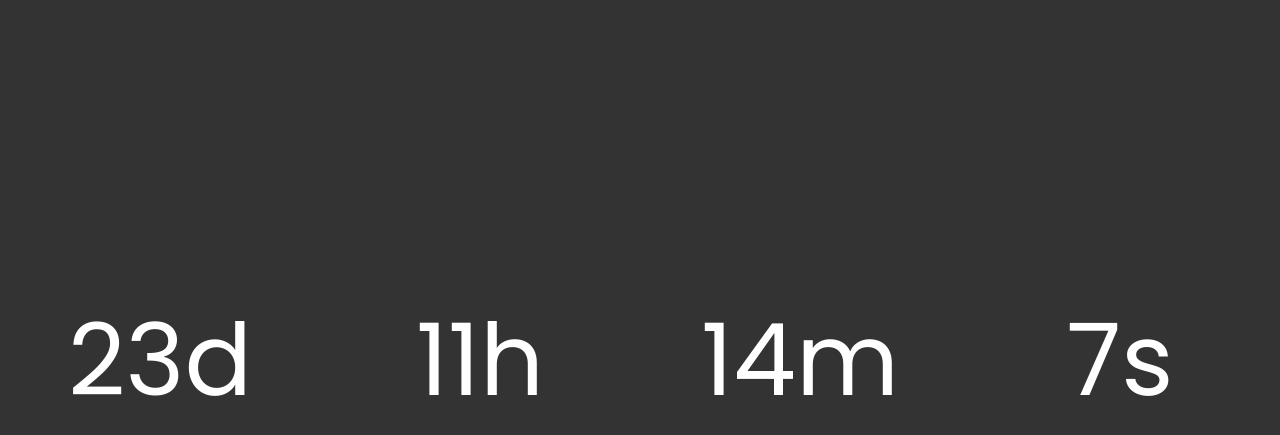
Repository: LeTanTru/All-Code
Page: Countdown/index.html
The author's editor kept a copy of each file at every save. The page is drawn from the files as they stood at one save, then again after a run of saves.
The browser window is 1280 px wide. The pictures show the whole page.

Above is the page before, as saved 2023-01-04 22:21:30.

After the next 3 saves:
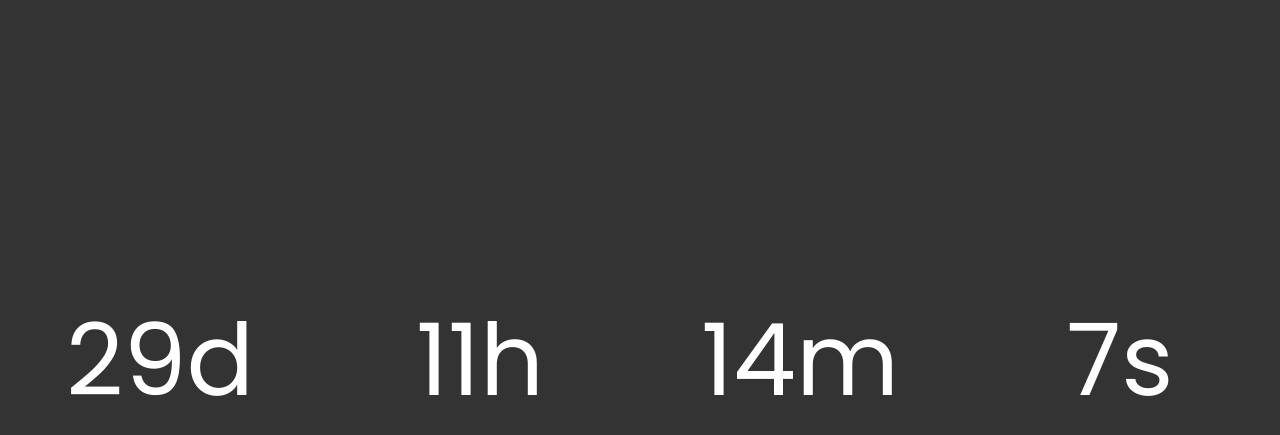
The 3 saves are shown as one change because they came seconds apart.
The last was saved 3 days later.
--- a/Countdown/countdown.js
+++ b/Countdown/countdown.js
@@ -4,7 +4,7 @@
 const secondsEle = document.querySelector(".seconds");
 
 const date = new Date();
-const dateEnd = new Date("1/22/2023");
+const dateEnd = new Date("1/28/2023");
 const difference = dateEnd.getTime() - date.getTime();
 const days = Math.floor(difference / (1000 * 86400));
 const hours = Math.floor(difference / (1000 * 3600) - days * 24);
@@ -21,7 +21,7 @@
 
 setInterval(() => {
   const date = new Date();
-  const dateEnd = new Date("1/22/2023");
+  const dateEnd = new Date("1/28/2023");
   const difference = dateEnd.getTime() - date.getTime();
   const days = Math.floor(difference / (1000 * 86400));
   const hours = Math.floor(difference / (1000 * 3600) - days * 24);

After the save that followed:
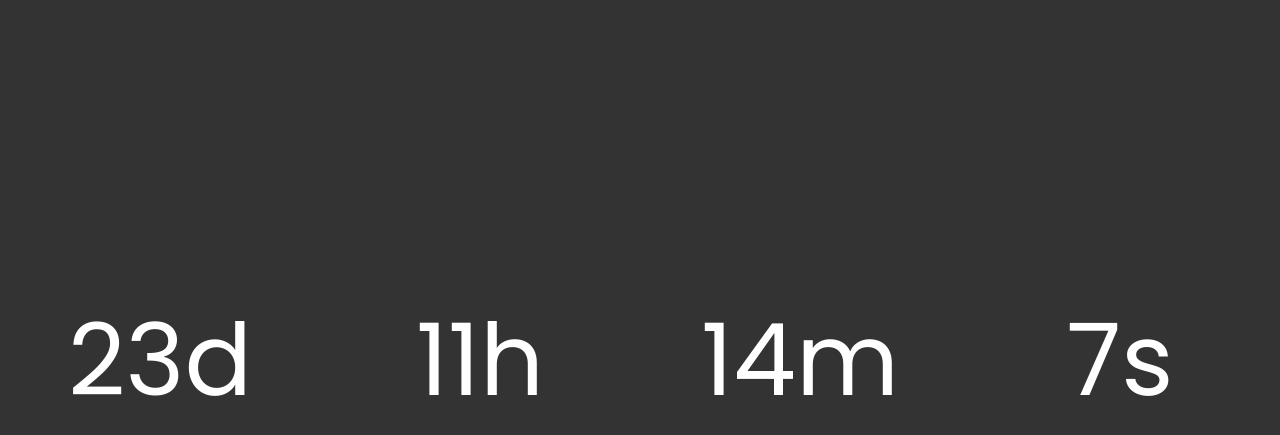
Saved 11 s later.
--- a/Countdown/countdown.js
+++ b/Countdown/countdown.js
@@ -4,7 +4,7 @@
 const secondsEle = document.querySelector(".seconds");
 
 const date = new Date();
-const dateEnd = new Date("1/28/2023");
+const dateEnd = new Date("1/22/2023");
 const difference = dateEnd.getTime() - date.getTime();
 const days = Math.floor(difference / (1000 * 86400));
 const hours = Math.floor(difference / (1000 * 3600) - days * 24);
@@ -21,7 +21,7 @@
 
 setInterval(() => {
   const date = new Date();
-  const dateEnd = new Date("1/28/2023");
+  const dateEnd = new Date("1/22/2023");
   const difference = dateEnd.getTime() - date.getTime();
   const days = Math.floor(difference / (1000 * 86400));
   const hours = Math.floor(difference / (1000 * 3600) - days * 24);
